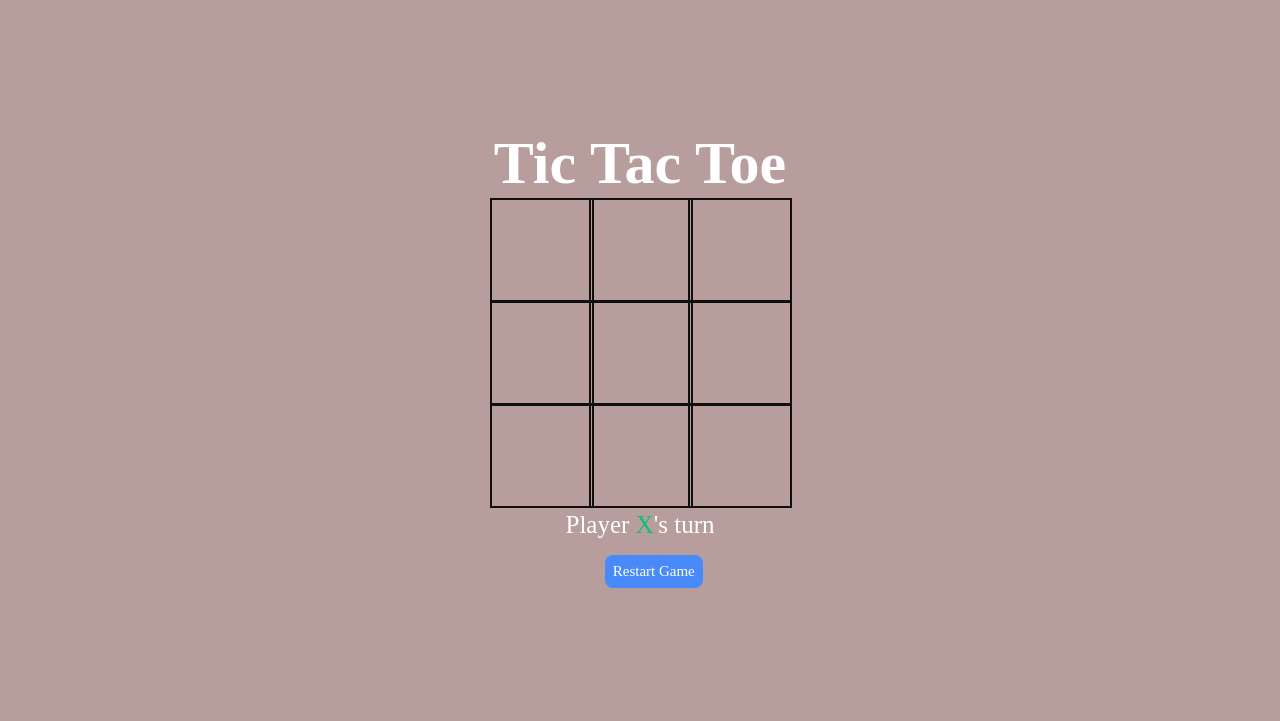
Repository: sedashahnazaryan/tic-tac-too
Page: index.html
The author's editor kept a copy of each file at every save. The page is drawn from the files as they stood at one save, then again after the next save.
The browser window is 1280 px wide. The pictures show the whole page.

Above is the page before, as saved 2022-02-01 01:31:34.

### index.html
<!DOCTYPE html>
<html lang="en">
  <head>
    <meta charset="UTF-8" />
    <meta http-equiv="X-UA-Compatible" content="IE=edge" />
    <meta name="viewport" content="width=device-width, initial-scale=1.0" />
    <link rel="stylesheet" href="./index.css" />
    <title>Tic-Tac-Toe</title>
  </head>
  <main class="background">
    <section class="title">
        <h1>Tic Tac Toe</h1>
    </section>

    <section class="container">
        <div class="tile"></div>
        <div class="tile"></div>
        <div class="tile"></div>
        <div class="tile"></div>
        <div class="tile"></div>
        <div class="tile"></div>
        <div class="tile"></div>
        <div class="tile"></div>
        <div class="tile"></div>
    </section>
    <section class="display">
        Player <span class="display-player playerX">X</span>'s turn
    </section>
    <section class="display announcer hide"></section>
    <section class="controls">
        <button id="restart">Restart Game</button>
    </section>
</main>
  <body>
    <script src="index.js"></script>
  </body>
</html>

### index.css
* {
    padding: 0;
    margin: 0;
    font-family: 'Itim', cursive;
}
.background{
    background-color: #b89d9d;
    height: 100vh;
    padding-top: 1px;
}
.title{
    color: white;
    text-align: center;
    font-size: 40px;
    margin-top: 10%;
}
.display
{
    color:white;
    font-size: 25px;
    text-align: center;
    margin-top: 1px;
    margin-bottom: 1pc;
}
.hide{
    display: none;
}
.container {
    margin: 0 auto;
    display: grid;
    grid-template-columns: 33% 33% 33%;
    grid-template-rows: 33% 33% 33%;
    max-width: 300px;
}
.tile {
    border: 2px solid rgb(15, 15, 15);
    min-width: 100px;
    min-height: 100px;
    display: flex;
    justify-content: center;
    align-items: center;
    font-size: 50px;
    cursor: pointer;
}
.playerX {
    color: #09C372;
}

.playerO {
    color: #498AFB;
}
.contrtols{
    display: flex;
    flex-direction: row;
    justify-content:center;
    align-items: center;
    margin-top: 1cm;
}
#restart{
    background-color: #498AFB;
    color: white;
    padding: 8px;
    border-radius: 8px;
    border: none;
    font-size: 15px;
    margin-left: 16cm;
    cursor: pointer;

}

### index.js
window.addEventListener('DOMContentLoaded', () => {
    const tiles = Array.from(document.querySelectorAll('.tile'));
const playerDisplay = document.querySelector('.display-player');
const restartButton = document.querySelector('#restart');
const announcer = document.querySelector('.announcer');

let board = ['', '', '', '', '', '', '', '', ''];
let currentPlayer = 'X';
let isGameActive = true;

const PLAYERX_WON = 'PLAYERX_WON';
const PLAYERO_WON = 'PLAYERO_WON';
const TIE = 'TIE';

const winningConditions = [
    [0, 1, 2],
    [3, 4, 5],
    [6, 7, 8],
    [0, 3, 6],
    [1, 4, 7],
    [2, 5, 8],
    [0, 4, 8],
    [2, 4, 6]
 ];
 function handleResultValidation() {
    let roundWon = false;
    for (let i = 0; i <= 7; i++) {
      const winCondition = winningConditions[i];
      const a = board[winCondition[0]];
      const b = board[winCondition[1]];
      const c = board[winCondition[2]];
      if (a === "" || b === "" || c === "") {
        continue;
      }
      if (a === b && b === c) {
        roundWon = true;
        break;
      }
    }

    if (roundWon) {
      announce(currentPlayer === "X" ? PLAYERX_WON : PLAYERO_WON);
      isGameActive = false;
      return;
    }

    if (!board.includes(""))
    announce(TIE);
  }
 const announce = (type) => {
    switch(type){
       case PLAYERO_WON:
            announcer.innerHTML = 'Player <span class="playerO">O</span> Won';
            break;
       case PLAYERX_WON:
            announcer.innerHTML = 'Player <span class="playerX">X</span> Won';
            break;
       case TIE:
            announcer.innerText = 'Tie';
        }
    announcer.classList.remove('hide');
};
const isValidAction = (tile) => {
    if (tile.innerText === 'X' || tile.innerText === 'O'){
        return false;
    }

    return true;
};
const updateBoard =  (index) => {
    board[index] = currentPlayer;
 }
 const changePlayer = () => {
    playerDisplay.classList.remove(`player${currentPlayer}`);
    currentPlayer = currentPlayer === 'X' ? 'O' : 'X';
    playerDisplay.innerText = currentPlayer;
    playerDisplay.classList.add(`player${currentPlayer}`);
}
 const userAction = (tile, index) => {
    if (isValidAction(tile) && isGameActive) {
      tile.innerText = currentPlayer;
      tile.classList.add(`player${currentPlayer}`);
      updateBoard(index);
      handleResultValidation();
      changePlayer();
    }
  };
  const restartBoard = () => {
    board = ['', '', '', '', '', '', '', '', ''];
    isGameActive = true;
    announcer.classList.add('hide');

    if (currentPlayer === 'O') {
        changePlayer();
    }

    tiles.forEach(tile => {
        tile.innerText = '';
        tile.classList.remove('playerX');
        tile.classList.remove('playerO');
    });
}
 tiles.forEach( (tile, index) => {
    tile.addEventListener('click', () => userAction(tile, index));
});
    restartButton.addEventListener('click', restartBoard);

  });



// let board =[
//     ["-","-","-"],
//     ["-","-","-"],
//     ["-","-","-"]
// ];
// let boardStr =board[0].join(" ")+
// "\n"+
// board[1].join(" ")+
// "\n"+
// board[2].join(" ");

After the next save:
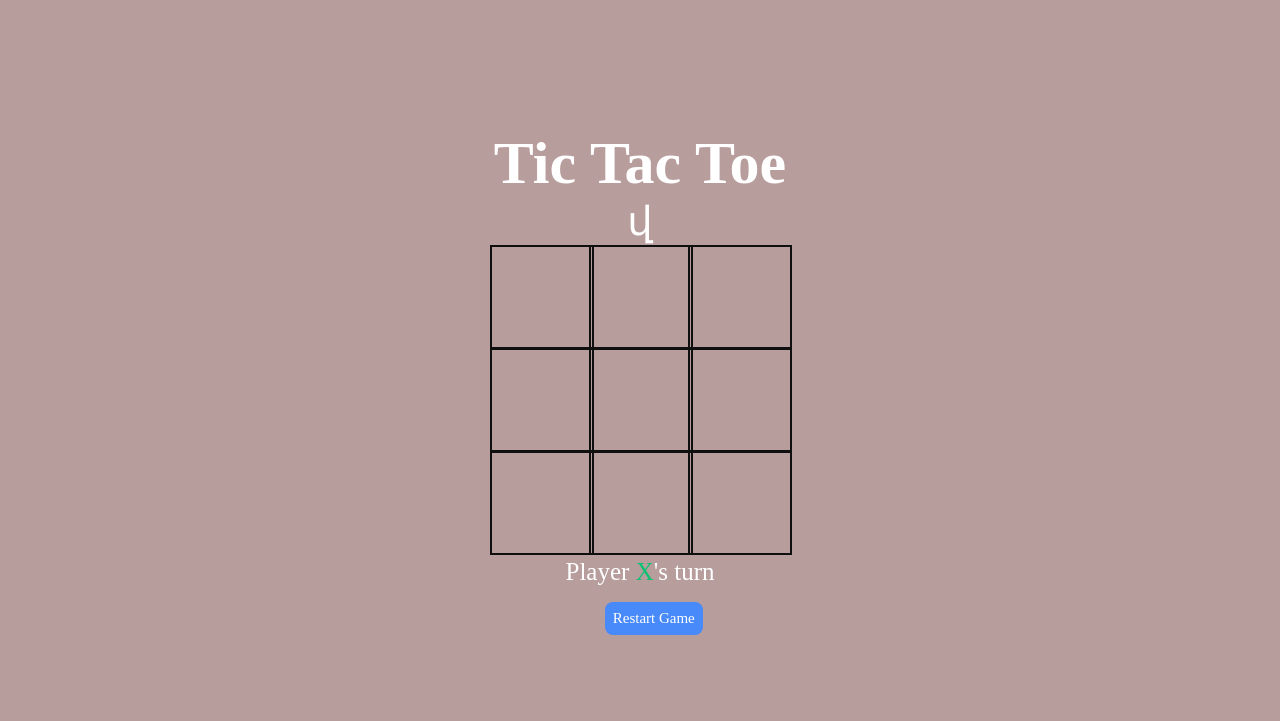
Saved 7 s later.
--- a/index.html
+++ b/index.html
@@ -9,7 +9,7 @@
   </head>
   <main class="background">
     <section class="title">
-        <h1>Tic Tac Toe</h1>
+        <h1>Tic Tac Toe</h1> վ
     </section>
 
     <section class="container">
